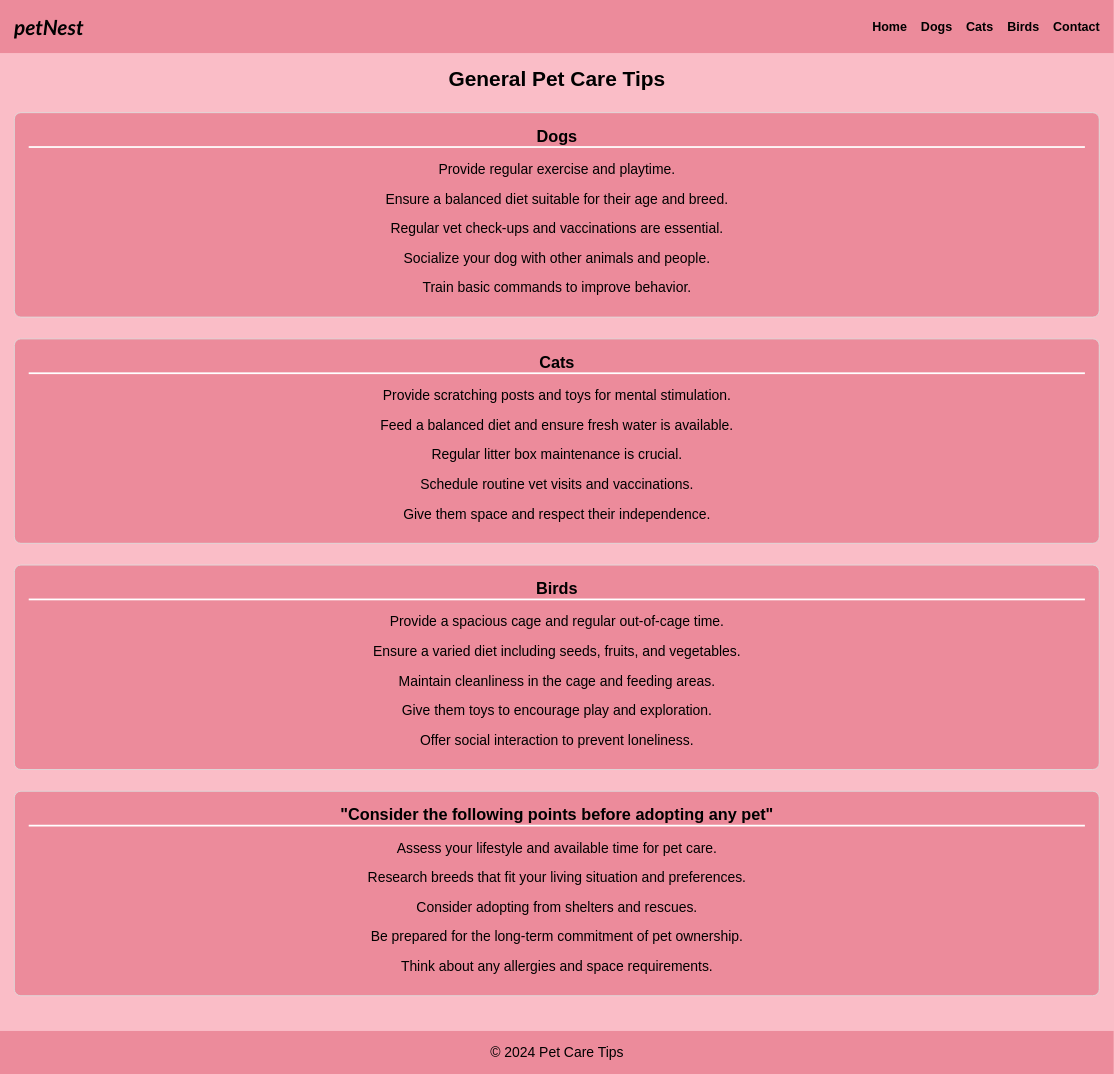
Repository: SHAHZADcodr/pet_care
Page: pages/tips.html
The author's editor kept a copy of each file at every save. The page is drawn from the files as they stood at one save, then again after a run of saves.
The browser window is 1280 px wide. The pictures show the whole page, at 87% of full size.

Above is the page before, as saved 2024-11-04 23:30:06.

After the next 4 saves:
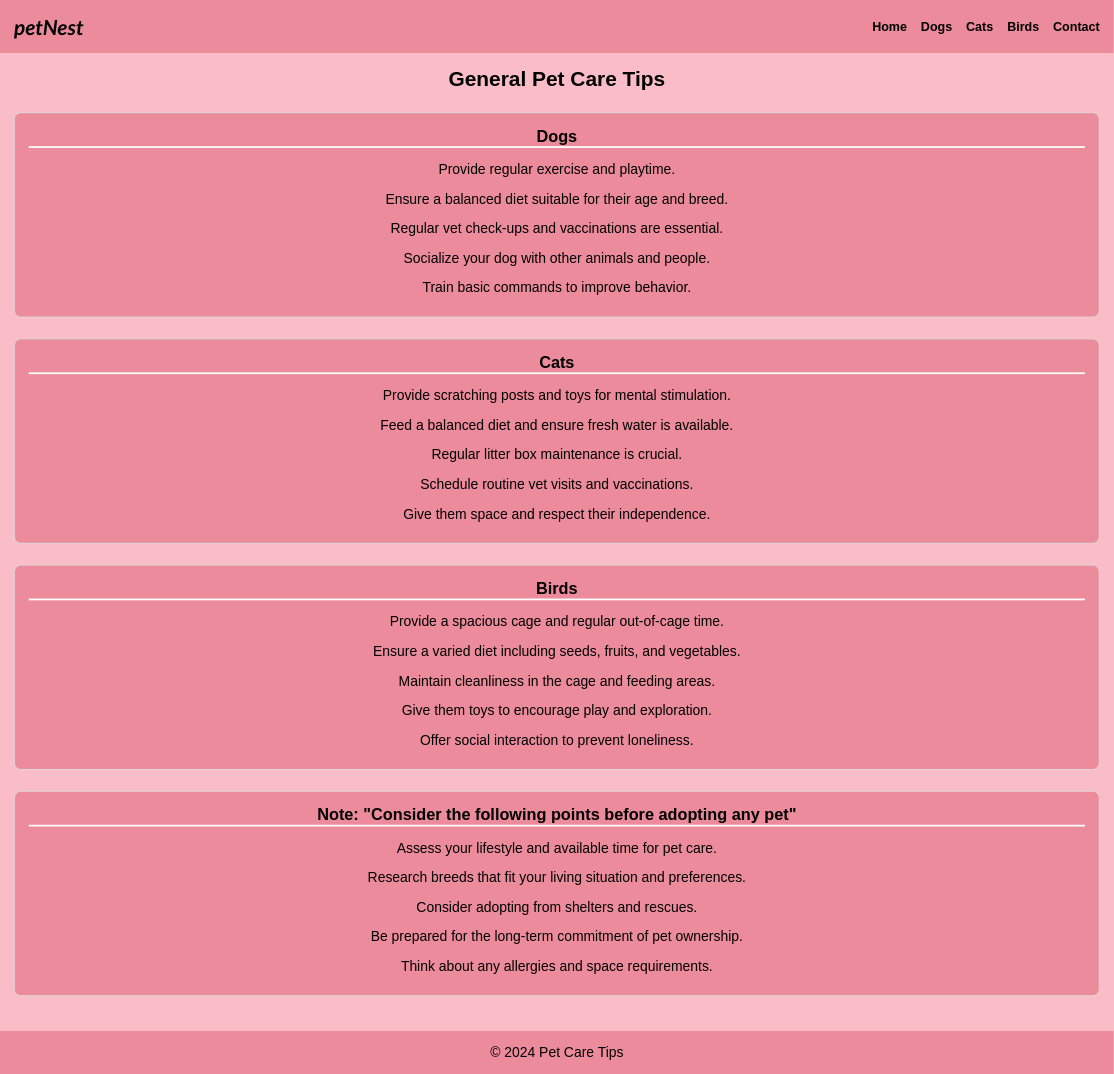
The 4 saves are shown as one change because they came seconds apart.
The last was saved 13 s later.
--- a/pages/tips.html
+++ b/pages/tips.html
@@ -52,7 +52,7 @@
             </ul>
         </section>
         <section>
-            <h3>"Consider the following points before adopting any pet"</h3>
+            <h3> <strong>Note:</strong> "Consider the following points before adopting any pet"</h3>
             <ul>
                 <li>Assess your lifestyle and available time for pet care.</li>
                 <li>Research breeds that fit your living situation and preferences.</li>
